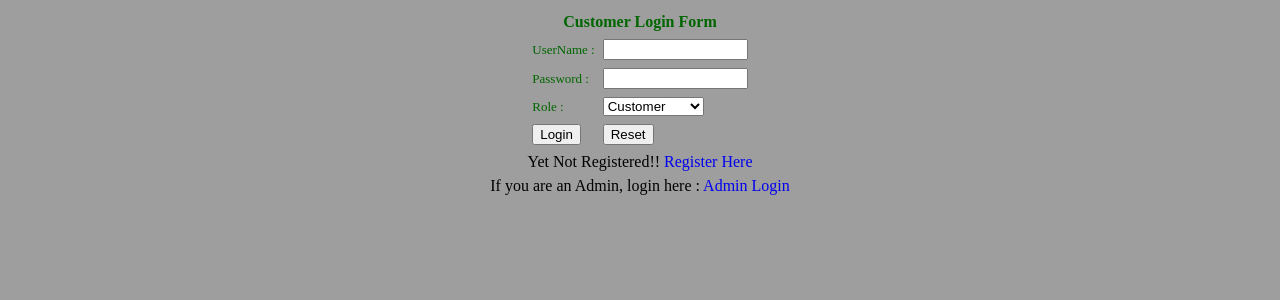
Repository: pratikmathur279/E-Postal-Services-1
Page: http://localhost/Project/Login.jsp
The author's editor kept a copy of each file at every save. The page is drawn from the files as they stood at one save, then again after a run of saves.
The browser window is 1280 px wide. The pictures show the whole page.
The page is served by Tomcat 9.

Above is the page before, as saved 2014-08-01 13:50:44.
Console error: ReferenceError: validate is not defined

After the next 2 saves:
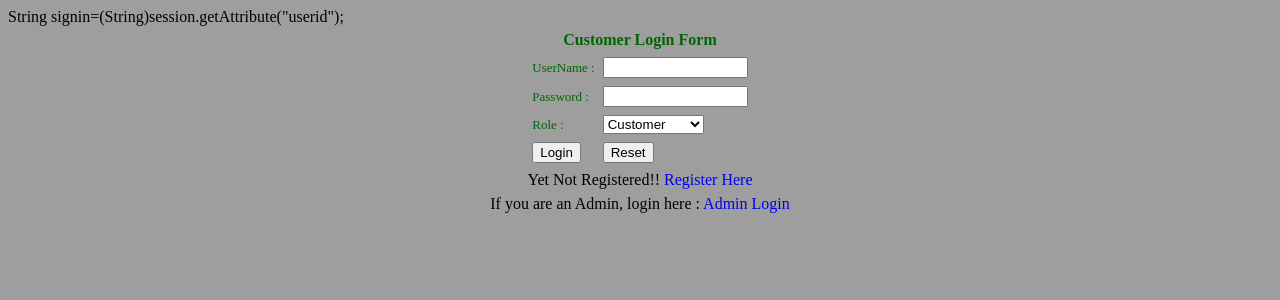
The 2 saves are shown as one change because they came seconds apart.
The last was saved 29 s later.
--- a/Project/WebContent/Login.jsp
+++ b/Project/WebContent/Login.jsp
@@ -38,6 +38,8 @@
 
 </head>
 <body background="E:\Project\background_home.jpg" onload="validate()">
+
+		String  signin=(String)session.getAttribute("userid");
 		<form method="post" action="Login2.jsp" onSubmit="return check()">
 	<center>
             <table border="0" cellpadding="3">

After the save that followed:
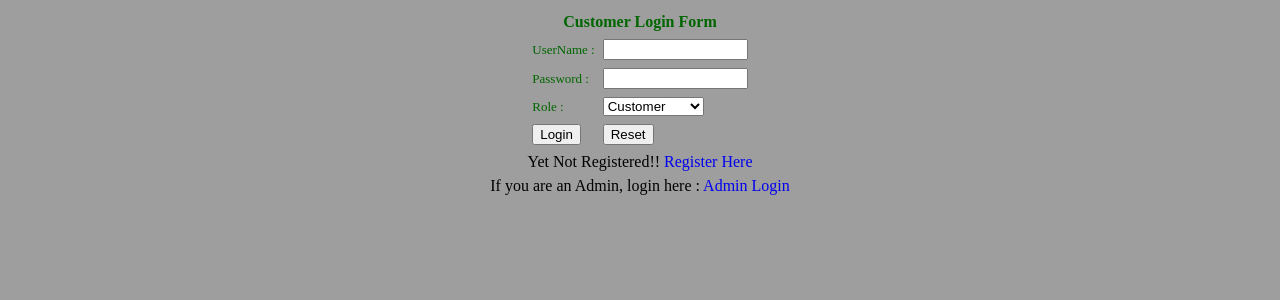
Saved 7 s later.
--- a/Project/WebContent/Login.jsp
+++ b/Project/WebContent/Login.jsp
@@ -39,7 +39,6 @@
 </head>
 <body background="E:\Project\background_home.jpg" onload="validate()">
 
-		String  signin=(String)session.getAttribute("userid");
 		<form method="post" action="Login2.jsp" onSubmit="return check()">
 	<center>
             <table border="0" cellpadding="3">
